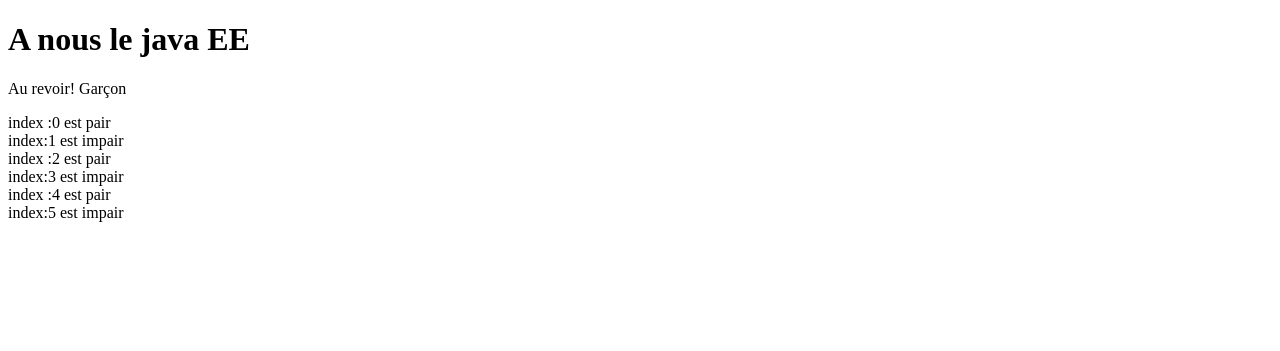
Repository: ibnadam2010/eclipse-workspace
Page: http://localhost/test/Test
These files come from the project's save history. The page is drawn as it stood at one moment and after the next save; the edit follows.
The browser window is 1280 px wide. The pictures show the whole page.
The page is served by Tomcat 9. Other server files are loaded and not shown.

Above is the page before, as saved 2020-11-26 17:44:05.

### test/WebContent/WEB-INF/bonjour.jsp
<%@ page language="java" contentType="text/html; charset=UTF-8"
    pageEncoding="UTF-8"%>
<!DOCTYPE html>
<html>
<head>
<meta charset="ISO-8859-1">
<title>Salut</title>
</head>
<body>
<h1>A nous le java EE</h1>

<p>
	<%
	  String variable = (String) request.getAttribute("variable");
	out.println(variable);
	%>
</p>
<span>
<% for(int i = 0;i<6;i++){
	//out.println("index :"+i+"<br />");
	if (i % 2!=0){
		out.println("index:"+i+" est impair"+"<br />");
	}else{
		out.println("index :"+i+" est pair"+"<br />");
	}
} %>
</span>
</body>
</html>

### test/src/com/octest/servlets/Test.java
package com.octest.servlets;

import java.io.IOException;
import javax.servlet.ServletException;
import javax.servlet.annotation.WebServlet;
import javax.servlet.http.HttpServlet;
import javax.servlet.http.HttpServletRequest;
import javax.servlet.http.HttpServletResponse;


@WebServlet("/Test")
public class Test extends HttpServlet {
	private static final long serialVersionUID = 1L;


    public Test() {
        super();
        // TODO Auto-generated constructor stub
    }


	protected void doGet(HttpServletRequest request, HttpServletResponse response) throws ServletException, IOException {
		// TODO Auto-generated method stub
		String message = "Au revoir! Garçon" ;
		request.setAttribute("variable", message);
		this.getServletContext().getRequestDispatcher("/WEB-INF/bonjour.jsp").forward(request, response);
	}


	protected void doPost(HttpServletRequest request, HttpServletResponse response) throws ServletException, IOException {
		// TODO Auto-generated method stub

	}

}

After the next save:
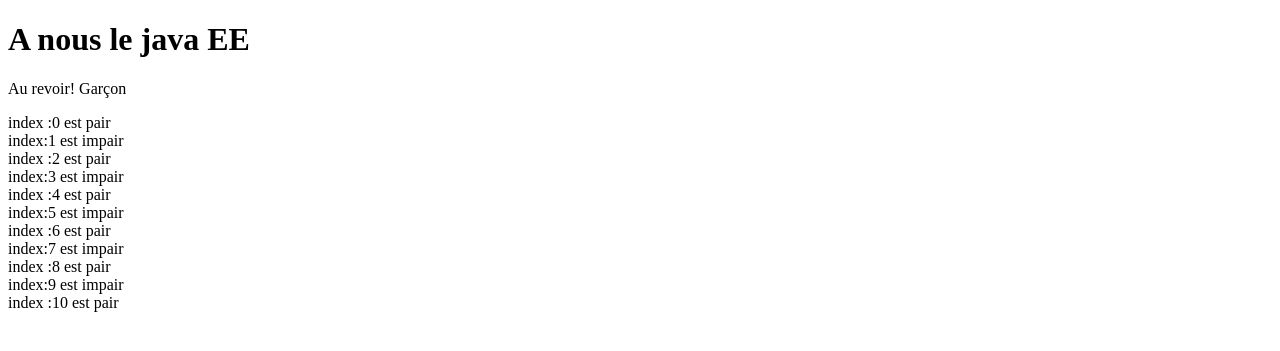
Saved 23 s later.
--- a/test/WebContent/WEB-INF/bonjour.jsp
+++ b/test/WebContent/WEB-INF/bonjour.jsp
@@ -16,7 +16,7 @@
 	%>
 </p>
 <span>
-<% for(int i = 0;i<6;i++){
+<% for(int i = 0;i<11;i++){
 	//out.println("index :"+i+"<br />");
 	if (i % 2!=0){
 		out.println("index:"+i+" est impair"+"<br />");
